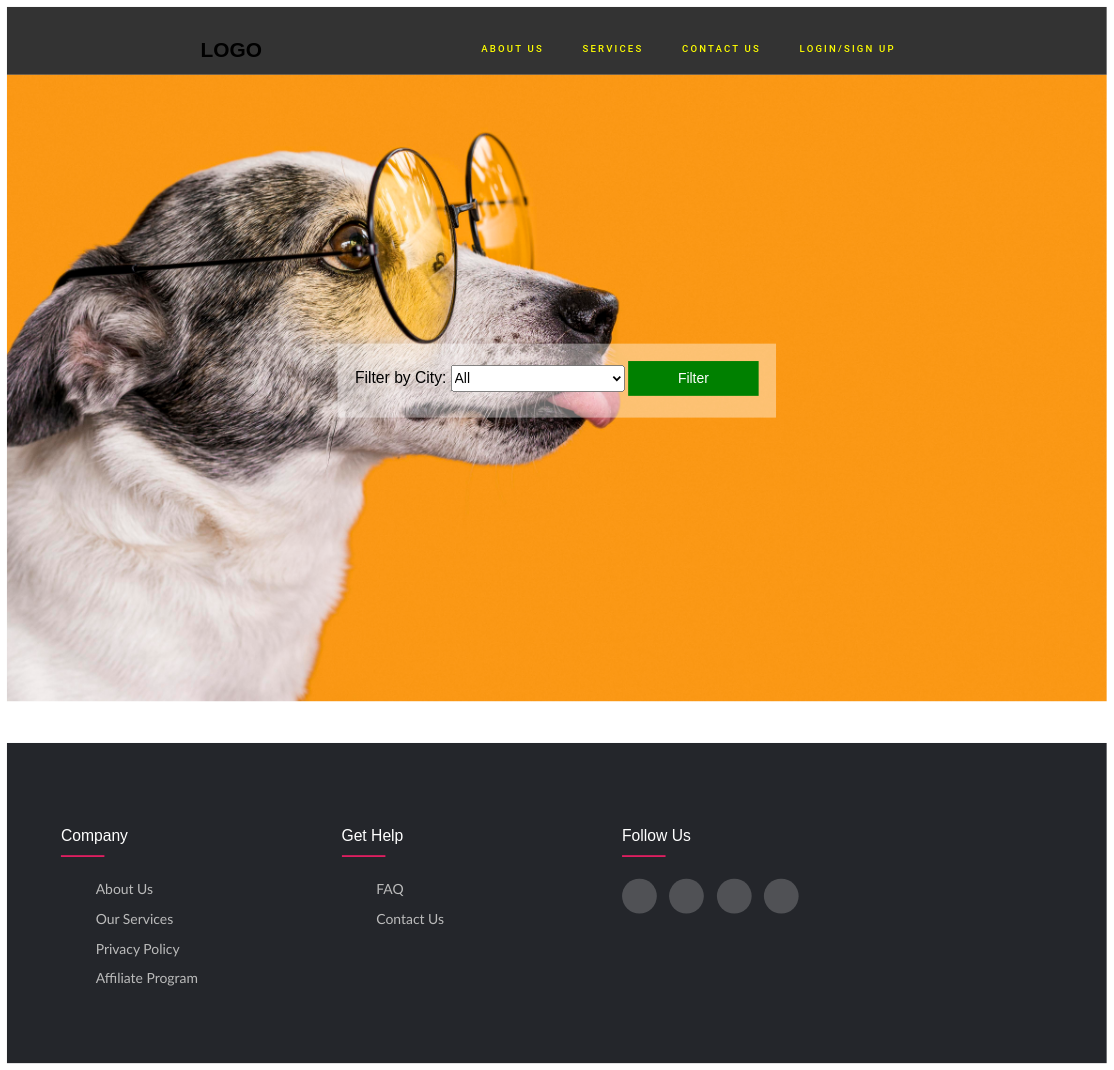
Repository: RishuGudigar/pawtakers
Page: templates/home.html
An editor plug-in stored every save of this project. The page is shown before and after the next save, followed by the edit.
The browser window is 1280 px wide. The pictures show the whole page, at 87% of full size.
The template is drawn by Django 4.2. The application's start-up code is not run. The template is opened directly, without the code that normally fills it, so the values that code supplies are empty.

Above is the page before, as saved 2023-05-23 15:43:58.

After the next save:
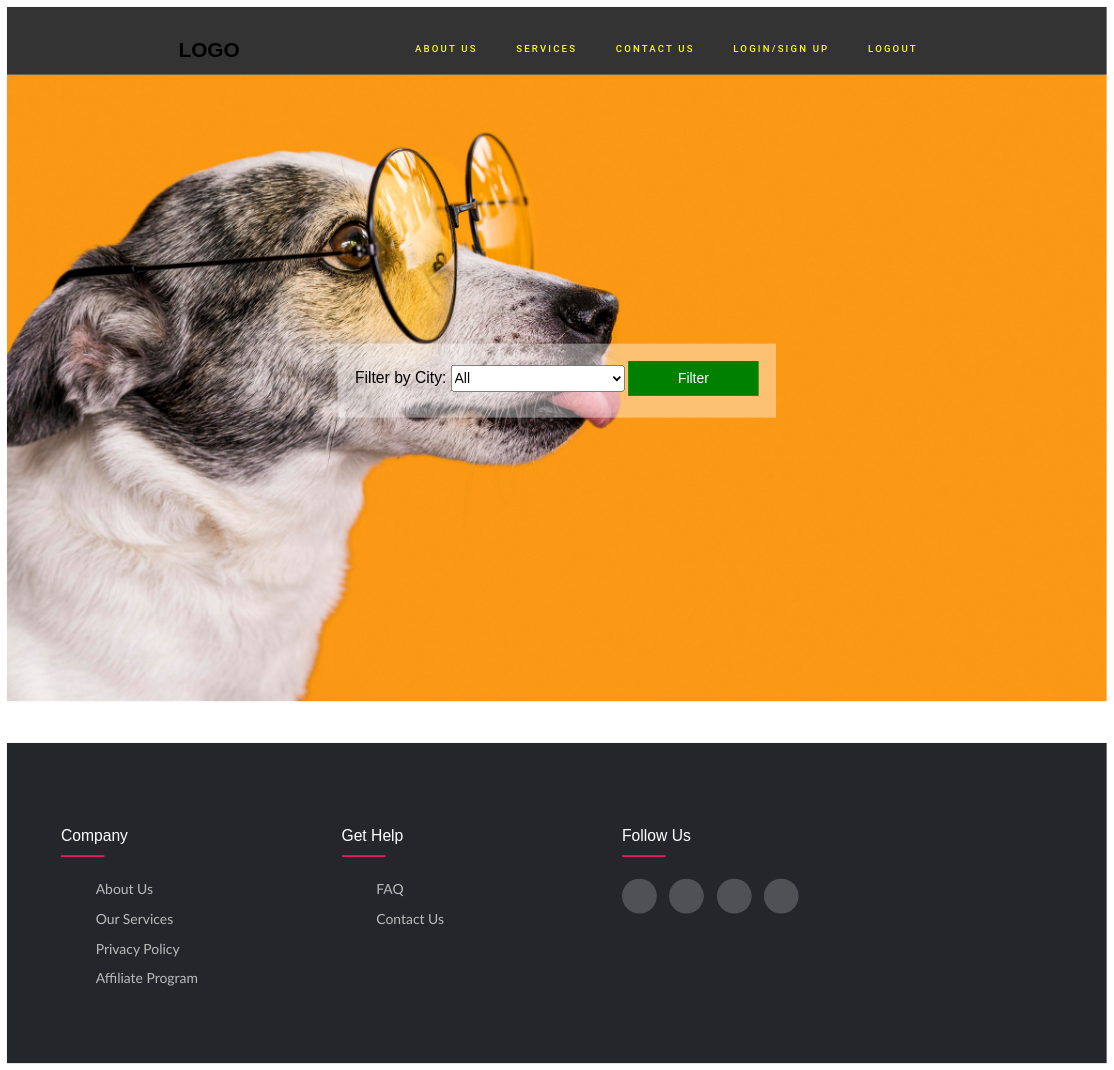
Saved 2 min 27 s later.
--- a/pawtakers/templates/home.html
+++ b/pawtakers/templates/home.html
@@ -251,6 +251,7 @@
                 <li class="nav-item"><a class="nav-link" href="#">Services</a></li>
                 <li class="nav-item"><a class="nav-link" href="#">Contact Us</a></li>
                 <li class="nav-item"><a class="nav-link" href="#">Login/Sign up</a></li>
+                <li class="nav-item"><a class="/account/logout" href="#">Logout</a></li>
         </ul>
         </div>
     </nav>
